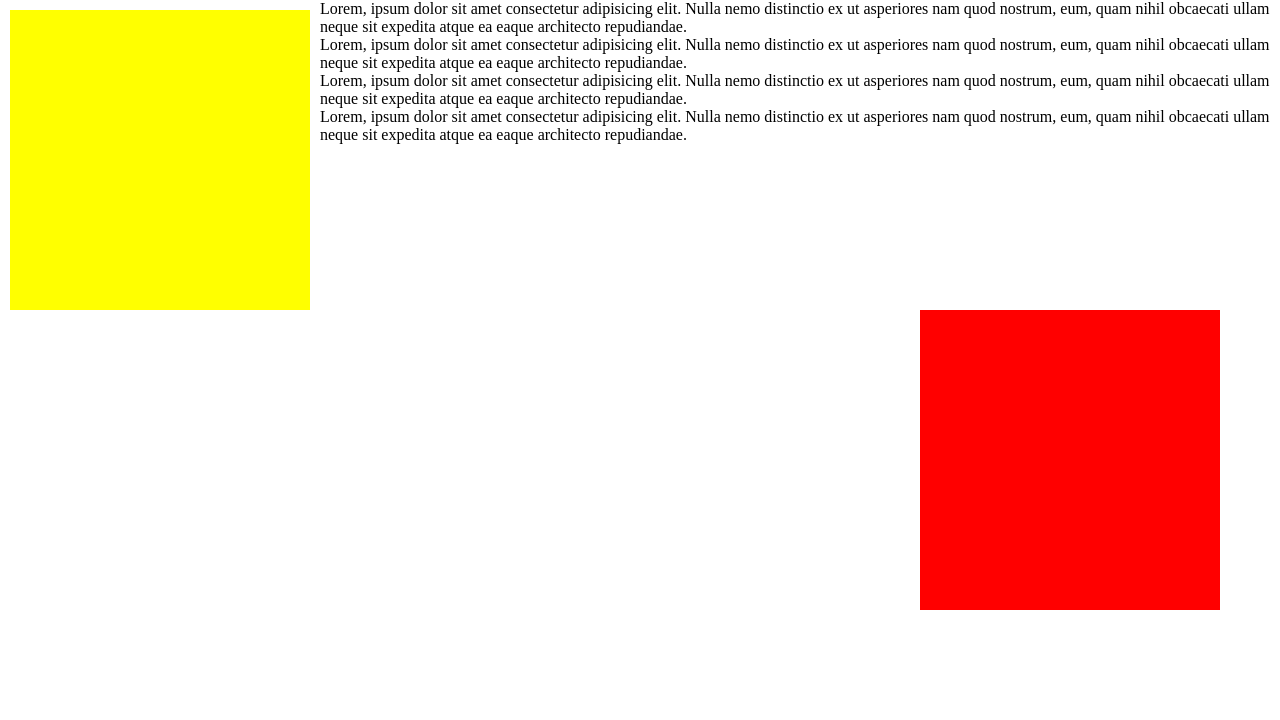
Repository: danilodscosta/CursoHTML
Page: aula1/aulascss.html
The author's editor kept a copy of each file at every save. The page is drawn from the files as they stood at one save, then again after the next save.
The browser window is 1280 px wide. The pictures show the whole page.

Above is the page before, as saved 2024-01-11 15:48:11.

### aula1/aulascss.html
<!DOCTYPE html>
<html lang="pt-BR">

<head>
    <meta charset="utf-8">
    <meta name="viewport" content="width=device-width, inital-scale=1.0">
    <title>Aulas CSS</title>
    <link rel="stylesheet" href="assets/css/aulasstyle.css">
</head>



<body>
    <div class="pai">
        <div class="filha1"></div>
        <div class="filha2"></div>
    </div>
    <p>Lorem, ipsum dolor sit amet consectetur adipisicing elit. Nulla nemo distinctio ex ut asperiores nam quod nostrum, eum, quam nihil obcaecati ullam neque sit expedita atque ea eaque architecto repudiandae.</p>
    <p>Lorem, ipsum dolor sit amet consectetur adipisicing elit. Nulla nemo distinctio ex ut asperiores nam quod nostrum, eum, quam nihil obcaecati ullam neque sit expedita atque ea eaque architecto repudiandae.</p>
    <p>Lorem, ipsum dolor sit amet consectetur adipisicing elit. Nulla nemo distinctio ex ut asperiores nam quod nostrum, eum, quam nihil obcaecati ullam neque sit expedita atque ea eaque architecto repudiandae.</p>
    <p>Lorem, ipsum dolor sit amet consectetur adipisicing elit. Nulla nemo distinctio ex ut asperiores nam quod nostrum, eum, quam nihil obcaecati ullam neque sit expedita atque ea eaque architecto repudiandae.</p>
</body>
</html>

### aula1/assets/css/aulasstyle.css
/*
ID Classes, atributos e pseudo-classes  Elementos e pseudo-elementos
*/

* {
    margin: 0;
}

.pai {}

.filha1, .filha2 {
    width: 300px;
    height: 300px;
    background: rgba(255, 0, 0, 1);
    margin: 10px;
    position: static;
}

.filha1 {
    position: absolute;
    bottom: 100px;
    right: 50px;
}

.filha2 {
    background-color: yellow;
    float: left;
}

After the next save:
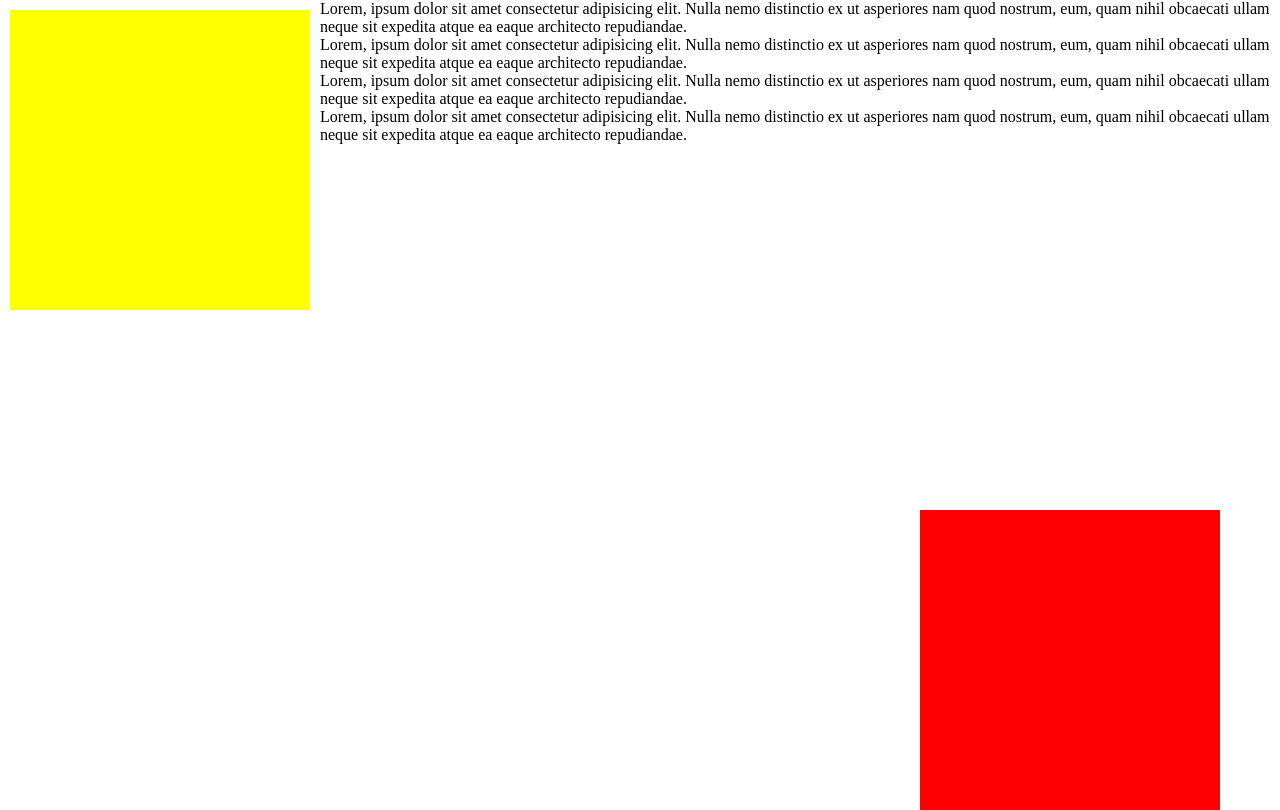
Saved 13 s later.
--- a/aula1/assets/css/aulasstyle.css
+++ b/aula1/assets/css/aulasstyle.css
@@ -18,7 +18,7 @@
 
 .filha1 {
     position: absolute;
-    bottom: 100px;
+    bottom: -100px;
     right: 50px;
 }
 

After the save that followed:
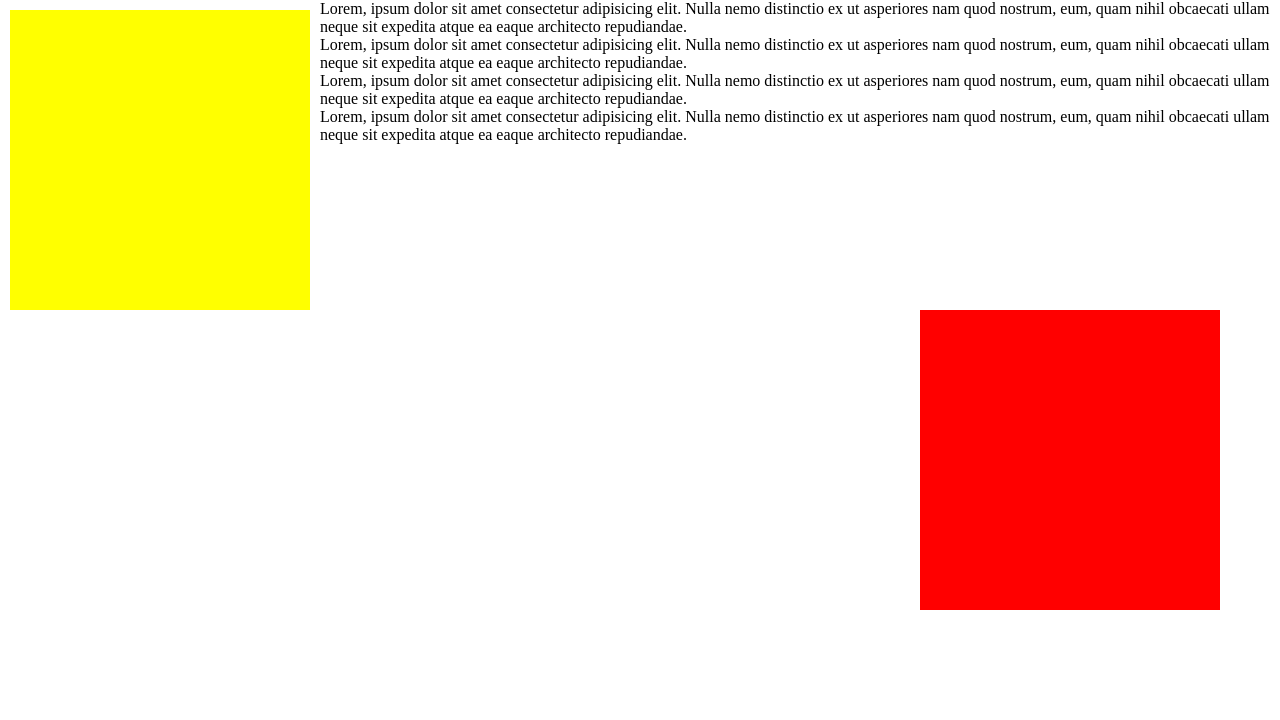
Saved 4 s later.
--- a/aula1/assets/css/aulasstyle.css
+++ b/aula1/assets/css/aulasstyle.css
@@ -18,7 +18,7 @@
 
 .filha1 {
     position: absolute;
-    bottom: -100px;
+    bottom: 100px;
     right: 50px;
 }
 
